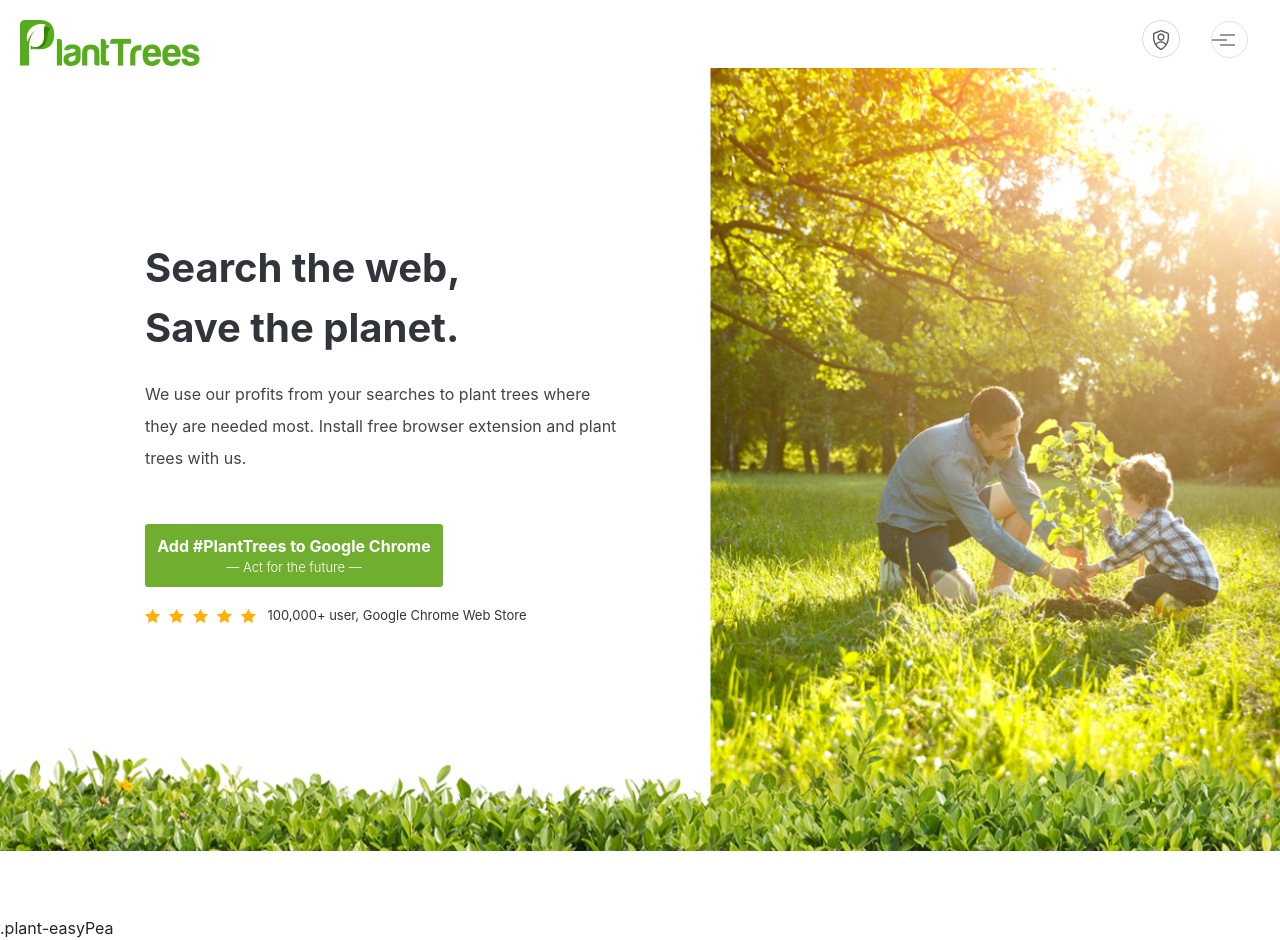
Repository: caothaito/b6g6
Page: bogo/how-it-work.html
The author's editor kept a copy of each file at every save. The page is drawn from the files as they stood at one save, then again after the next save.
The browser window is 1280 px wide. The pictures show the whole page.
Some web libraries are served in a nearby version. The style sheet was rebuilt from its Sass, Less or Tailwind sources for each picture, by a compiler version that may differ from the author's.

Above is the page before, as saved 2020-08-14 09:57:46.
Console error: TypeError: $(...).ready(...) is not a function

After the next save:
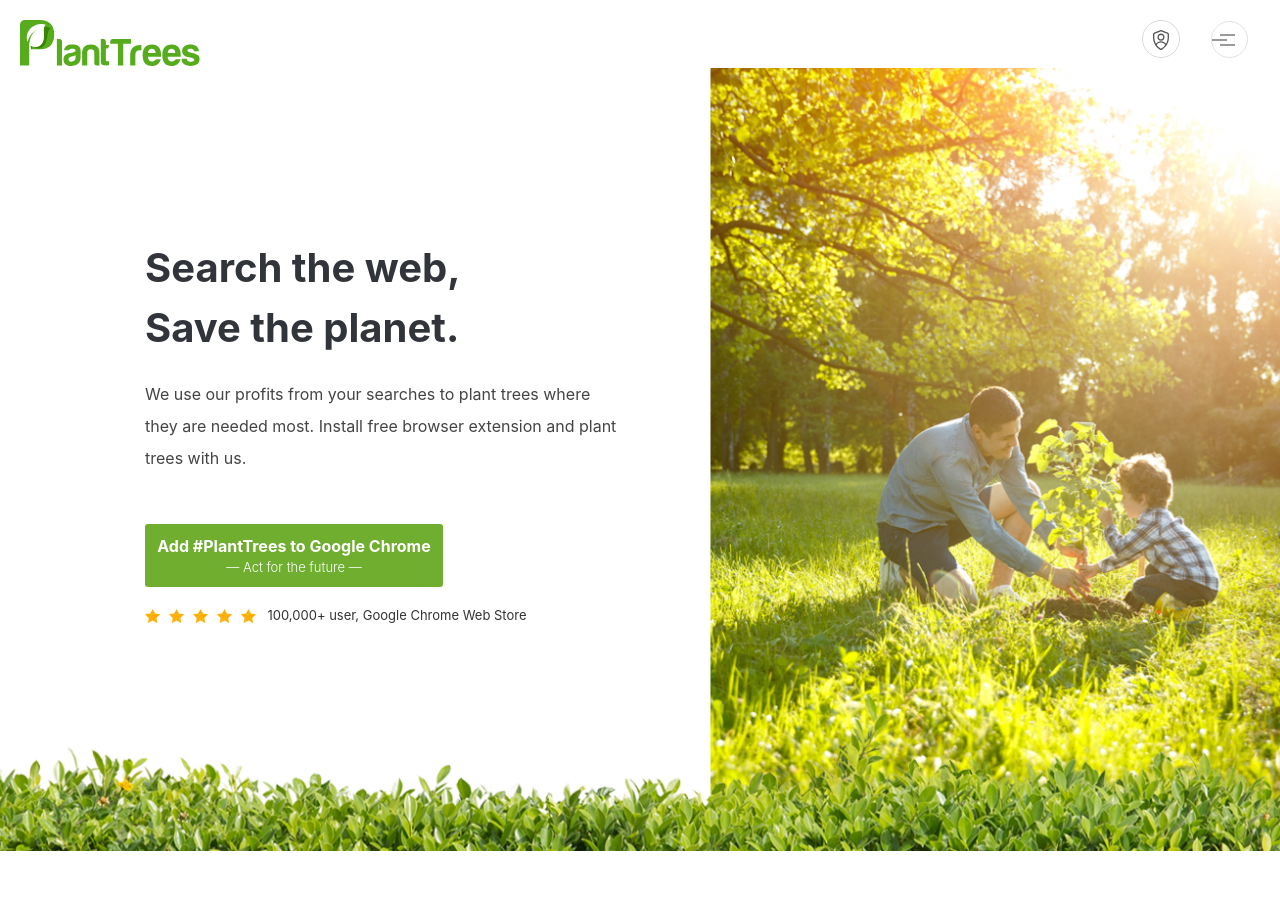
Saved 4 s later.
--- a/bogo/how-it-work.html
+++ b/bogo/how-it-work.html
@@ -122,7 +122,9 @@
         </div>
     </div>
 
-    .plant-easyPea
+    <div class="plant-easyPeasy">
+
+    </div>
 
     <script>
         $(document).ready(function () {
